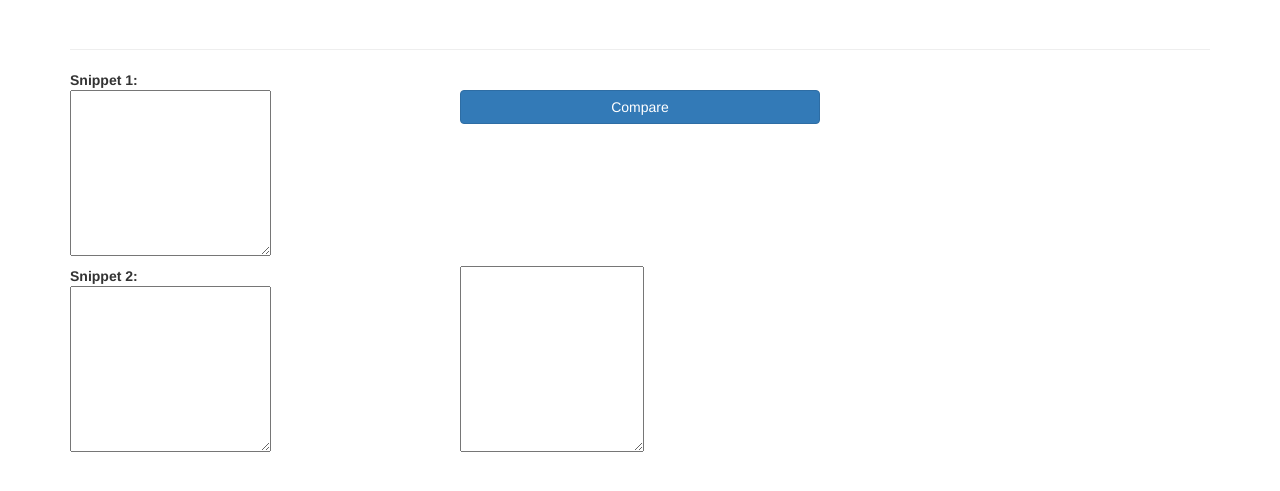
Repository: d4rkm3z/JSPerfomance
Page: index.html
An editor plug-in stored every save of this project. The page is shown before and after the next save, followed by the edit.
The browser window is 1280 px wide. The pictures show the whole page.

Above is the page before, as saved 2016-10-25 17:39:45.

### index.html
<!DOCTYPE html>
<html lang="en">

<head>
  <title></title>
  <meta charset="UTF-8">
  <meta name="viewport" content="width=device-width, initial-scale=1">
  <link href="src/css/style.css" rel="stylesheet">
  <link href="src/bootstrap/css/bootstrap.min.css" rel="stylesheet">
</head>

<body>
  <div class="container">
    <div class="page-header"></div>
    <div class="row">
      <div class="col-sm-4">
        <label>
          Snippet 1:<br>
          <span class="snippets-group span-snippets">
            <textarea id="" rows="8" cols="20"></textarea>
          </span>
        </label>
      </div>
      <div class="col-sm-4">
        <button type="button" id="calculate" class="btn btn-primary btn-default btn-block btn-compare">Compare</button>
      </div>
    </div>
    <div class="row">
      <div class="col-sm-4">
        <label>
          Snippet 2:<br>
          <span class="snippets-group span-snippets">
            <textarea id="" rows="8" cols="20"></textarea>
          </span>
        </label>
      </div>
      <div class="col-sm-4">
        <span class="snippets-group snippet-result">
          <textarea id="result" rows="9" cols="20"></textarea>
        </span>
      </div>
    </div>
  </div>
  <script src="src/js/jquery-3.1.1.min.js"></script>
  <script src="src/js/app.js"></script>
</body>

</html>

### src/css/style.css
.btn-compare{
  margin-top:20px !important;
}

### src/js/app.js
//view
class View {
  setResults(result) {
    $('#result').text(result);
  }
  getFragmentCodes() {
    let codes = [];
    let textareas = $('.span-snippets textarea');
    for (let i of textareas) {
      codes.push(i.value);
    }
    return codes;
  }
}

//controller
class CalculateTime {
  constructor() {
    this._start = 0;
  }
  getWorkedTime() {
    let timeNow = new Date().getTime();
    let elapsed = timeNow - this._start;
    return elapsed;
  }
  start() {
    this._start = new Date().getTime();
  }
}
class CalculateResults {
  constructor(mediator) {
    this.mediator = mediator;
  }
  getPerfectScript() {
    let calculates = this.mediator.model.getCalculates();
    let mean = [];

    for (let i in calculates) {
      mean[i] = calculates[i] / 1000;
    }

    let result = mean.indexOf(Math.max(...mean));
    return `Snippet ${result+1} fastly`;
  }
}
class TestCode {
  constructor(mediator) {
    this.mediator = mediator;
    this.calculateTime = mediator.calculateTime;
  }
  addCalculate(obj) {
    this.mediator.addCalculate(obj);
  }
  runTest(fragmentCodes) {
    for (let i in fragmentCodes) {
      let workedTime = 0;

      for (let j = 0; j <= 1000; j++) {
        this.calculateTime.start();
        this.runCalculate(fragmentCodes[i]);
        workedTime += this.calculateTime.getWorkedTime();
      }
      console.log(workedTime);
      this.addCalculate({
        id: i,
        value: workedTime
      });
    }
  }
  runCalculate() {
    try{
      eval(this.code);
    } catch(e){
      this.mediator.result = e.message;
    }
  }
}
class Controller {
  constructor() {
    self = this;
    self.view = new View();
    self.model = new Model();

    self.calculateTime = new CalculateTime();
    self.calculateResults = new CalculateResults(self);
    self.testCode = new TestCode(self);
  }
  runCompare() {
    self.fragmentCodes = self.view.getFragmentCodes();
    self.model.setLengthCalculate(self.fragmentCodes.length);
    self.testCode.runTest(self.fragmentCodes);
    self.result = self.calculateResults.getPerfectScript();
    self.setResult();
  }
  addCalculate(obj) {
    self.model.addCalculate(obj)
  }
  setResult() {
    self.view.setResults(self.result);
  }
}

//model
class Model {
  constructor() {
    this.calculates = [];
  }
  setLengthCalculate(length) {
    this.calculates = new Array(length);
  }
  addCalculate(obj) {
    console.log(obj);
    let id = Number(obj.id);
    let value = obj.value;
    if (this.calculates[id] === undefined) {
      this.calculates[id] = [];
    }
    this.calculates[id] = Number(value) + Number(this.calculates[id]);
    console.log(this.calculates)
  }
  getCalculates() {
    return this.calculates;
  }
}

var app = new Controller();
$('#calculate').on('click', app.runCompare);

Loaded but not shown: src/bootstrap/css/bootstrap.min.css (library); src/js/jquery-3.1.1.min.js (library)

After the next save:
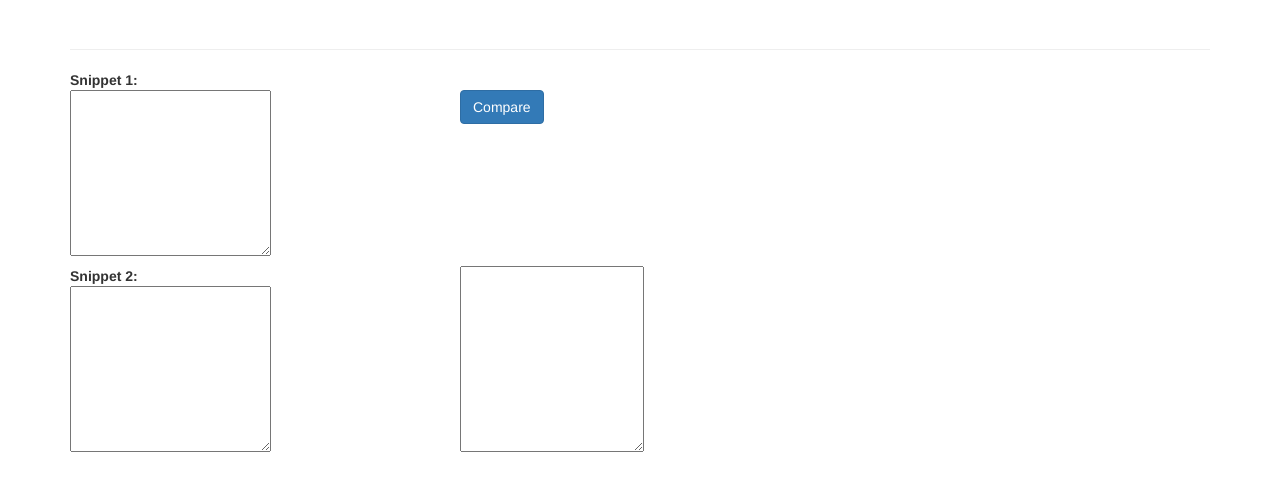
Saved 46 s later.
--- a/index.html
+++ b/index.html
@@ -22,7 +22,7 @@
         </label>
       </div>
       <div class="col-sm-4">
-        <button type="button" id="calculate" class="btn btn-primary btn-default btn-block btn-compare">Compare</button>
+        <button type="button" id="calculate" class="btn btn-primary btn-default btn-compare">Compare</button>
       </div>
     </div>
     <div class="row">
